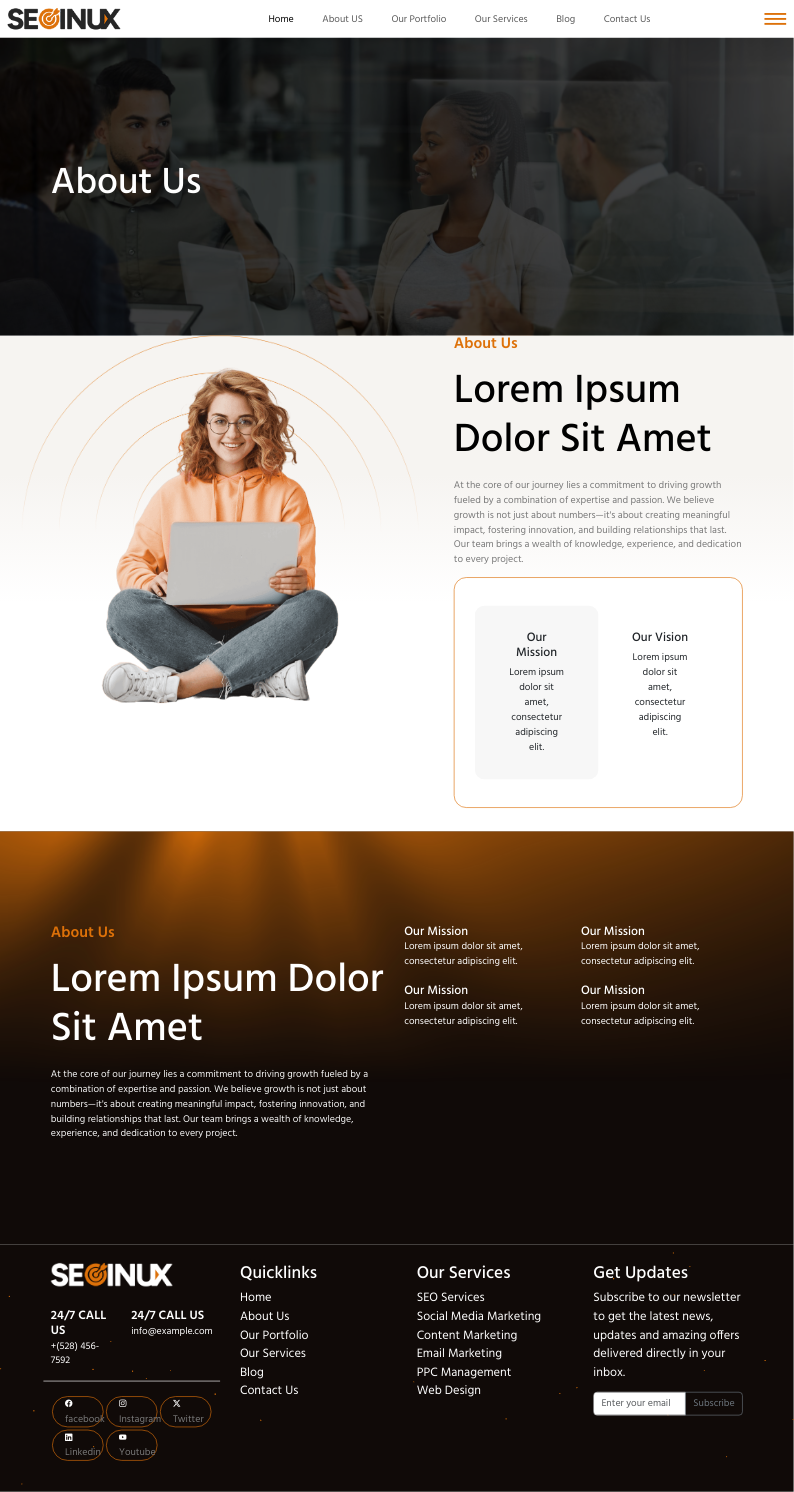
Repository: tagnam/seoinox
Page: about.html
An editor plug-in stored every save of this project. The page is shown before and after a run of saves, followed by the edit.
The browser window is 1280 px wide. The pictures show the whole page, at 62% of full size.
Backgrounds fixed to the window are drawn as part of the page.

Above is the page before, as saved 2025-02-26 10:51:33.

After the next 2 saves:
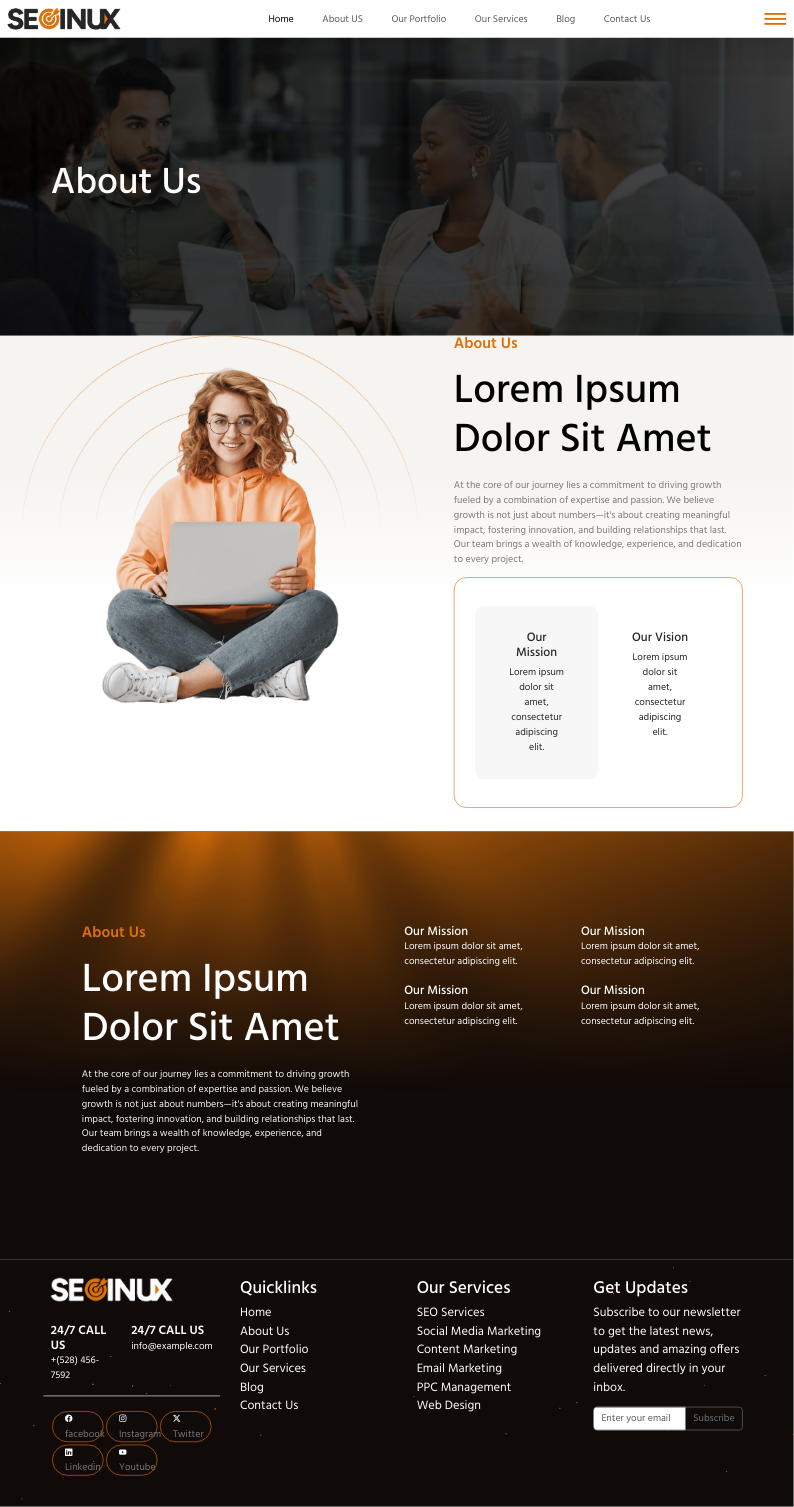
The 2 saves are shown as one change because they came seconds apart.
The last was saved 6 s later.
--- a/about.html
+++ b/about.html
@@ -118,7 +118,7 @@
 <div class="container">
   <div class="row">
     <div class="col-lg-6">
-      <div class="about-content" style="pa">
+      <div class="about-content" style="padding: 0px 50px;">
         <h2 class="about-main-heading" style="text-align: start;">About Us</h2>
         <p class="about-sub-heading" style="text-align: start ; line-height: 80px; color: #fff;">Lorem ipsum dolor sit amet</p>
         <p style="text-align: start; color: #F7F7F7;">At the core of our journey lies a commitment to driving growth fueled by a combination of expertise and passion. We believe growth is not just about numbers—it's about creating meaningful impact, fostering innovation, and building relationships that last. Our team brings a wealth of knowledge, experience, and dedication to every project.</p>
